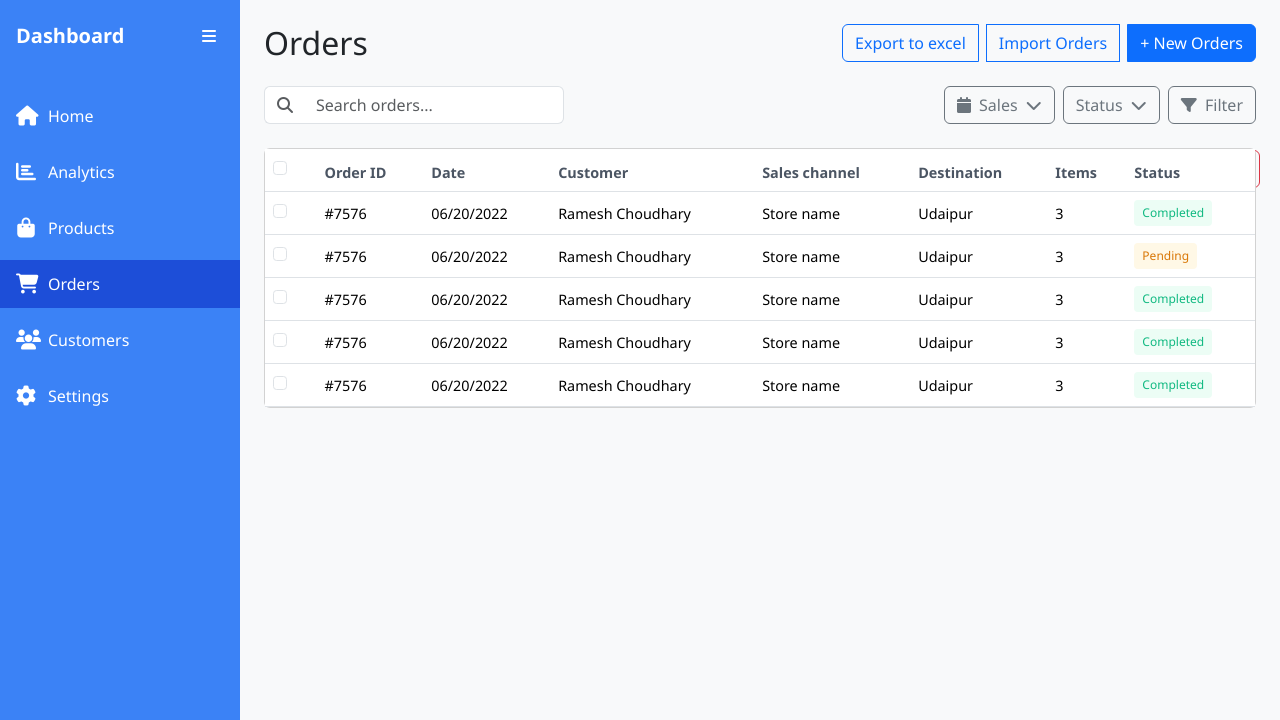
Repository: AditiAjitSalvi/Inventory_Managment
Page: Inventory_Managment_System/Inventory/src/main/webapp/Order.html
An editor plug-in stored every save of this project. The page is shown before and after the next save, followed by the edit.
The browser window is 1280 px wide. The pictures show the whole page.
The pointer rests on the first visible `.card`.

Above is the page before, as saved 2025-05-22 16:00:20.
Console error: TypeError: Cannot read properties of null (reading 'getContext')

### Inventory_Managment_System/Inventory/src/main/webapp/Order.html

<!DOCTYPE html>
<html lang="en">
<head>
<meta charset="UTF-8">
<meta name="viewport" content="width=device-width, initial-scale=1.0">
<title>Orders</title>
<!-- Bootstrap CSS -->
<link
	href="https://cdn.jsdelivr.net/npm/bootstrap@5.3.2/dist/css/bootstrap.min.css"
	rel="stylesheet">
<!-- Font Awesome for icons -->
<link rel="stylesheet"
	href="https://cdnjs.cloudflare.com/ajax/libs/font-awesome/6.4.2/css/all.min.css">
<!-- Custom CSS -->
<style>
/* Main Layout */
body {
	margin: 0;
	padding: 0;
	background-color: #f8f9fa;
	font-family: 'Segoe UI', Tahoma, Geneva, Verdana, sans-serif;
}

.dashboard-container {
	display: flex;
	min-height: 100vh;
}

/* Sidebar Styles */
.sidebar {
	width: 240px;
	background-color: #3b82f6; /* Blue 600 equivalent */
	color: white;
	transition: all 0.3s ease-in-out;
	display: flex;
	flex-direction: column;
}

.sidebar.collapsed {
	width: 64px;
}

.sidebar-header {
	display: flex;
	justify-content: space-between;
	align-items: center;
	padding: 16px;
}

.sidebar-title {
	font-size: 1.25rem;
	font-weight: bold;
	margin: 0;
}

.sidebar-toggle {
	background: transparent;
	border: none;
	color: white;
	cursor: pointer;
	padding: 8px;
}

.sidebar-toggle:hover {
	background-color: rgba(255, 255, 255, 0.1);
	border-radius: 4px;
}

.sidebar-menu {
	display: flex;
	flex-direction: column;
	padding-top: 16px;
}

.sidebar-link {
	display: flex;
	align-items: center;
	padding: 12px 16px;
	text-decoration: none;
	color: white;
	margin: 4px 0;
	transition: background-color 0.2s;
}

.sidebar-link:hover {
	background-color: #2563eb; /* Blue 700 equivalent */
	color: white;
}

.sidebar-link.active {
	background-color: #1d4ed8; /* Blue 800 equivalent */
	color: white;
}

.sidebar-link i {
	font-size: 1.25rem;
	width: 20px;
	text-align: center;
}

.sidebar-link .link-text {
	margin-left: 12px;
	white-space: nowrap;
}

.sidebar.collapsed .sidebar-title, .sidebar.collapsed .link-text {
	display: none;
}

/* Main Content */
.main-content {
	flex: 1;
	padding: 24px;
	overflow-y: auto;
}

/* Stat Cards */
.stat-card {
	border-radius: 8px;
	border: 1px solid rgba(0, 0, 0, 0.125);
	box-shadow: 0 1px 3px rgba(0, 0, 0, 0.1);
}

.stat-icon {
	font-size: 1.25rem;
	color: #6b7280; /* Text muted equivalent */
}

.stat-title {
	font-size: 0.875rem;
	color: #6b7280; /* Text muted equivalent */
	margin-bottom: 4px;
}

.stat-value {
	font-size: 1.5rem;
	font-weight: bold;
	margin: 0;
}

/* Chart Container */
.chart-container {
	height: 320px;
	width: 100%;
}

/* Product Visualization */
.product-visualization {
	height: 256px;
	background-color: #312e81; /* Indigo 950 equivalent */
	border-radius: 50%;
}

/* Status Badges */
.status {
	padding: 4px 8px;
	border-radius: 4px;
	font-size: 0.75rem;
	font-weight: 500;
	display: inline-block;
	text-align: center;
}

.status.pending {
	background-color: #fff8e6;
	color: #d97706; /* Amber 500 equivalent */
}

.status.urgent {
	background-color: #fef2f2;
	color: #ef4444; /* Red 500 equivalent */
}

.status.completed {
	background-color: #ecfdf5;
	color: #10b981; /* Green 500 equivalent */
}

/* Orders Page Styles */
.orders-container {
	max-width: 100%;
	margin: 0 auto;
}

.search-wrapper {
	width: 300px;
}

.order-table {
	font-size: 0.9rem;
}

.order-table th {
	font-weight: 600;
	color: #4b5563;
	border-bottom-width: 1px;
}

.order-table td {
	vertical-align: middle;
}

.order-table .form-check {
	margin: 2;
}

/* Responsive Adjustments */
@media ( max-width : 768px) {
	.sidebar {
		width: 64px;
	}
	.sidebar .sidebar-title, .sidebar .link-text {
		display: none;
	}
	.main-content {
		padding: 16px;
	}
	.orders-container .btn-group {
		display: flex;
		flex-direction: column;
	}
	.orders-container .btn-group .btn {
		margin-bottom: 8px;
		margin-right: 0 !important;
	}
	.search-wrapper {
		width: 100%;
		margin-bottom: 16px;
	}
}
.action-buttons {
    position: absolute;
    right: 20px;
    top: 150px; /* Adjust this if needed */
    display: flex;
    gap: 10px;
}
@media ( max-width : 992px) {
	.orders-container .d-flex {
		flex-direction: column;
	}
	.orders-container .d-flex .btn {
		margin-bottom: 8px;
	}
}
</style>
</head>
<body>
	<div class="dashboard-container">
		<!-- Sidebar -->
		<div class="sidebar" id="sidebar">
			<div class="sidebar-header">
				<h2 class="sidebar-title">Dashboard</h2>
				<button class="btn sidebar-toggle" id="sidebarToggle">
					<i class="fa fa-bars"></i>
				</button>
			</div>
			<div class="sidebar-menu">
				<a href="index.html" class="sidebar-link"> <i class="fa fa-home"></i>
					<span class="link-text">Home</span>
				</a> <a href="#" class="sidebar-link"> <i class="fa fa-chart-bar"></i>
					<span class="link-text">Analytics</span>
				</a> <a href="#" class="sidebar-link"> <i class="fa fa-shopping-bag"></i>
					<span class="link-text">Products</span>
				</a> <a href="orders.html" class="sidebar-link active"> <i
					class="fa fa-shopping-cart"></i> <span class="link-text">Orders</span>
				</a> <a href="#" class="sidebar-link"> <i class="fa fa-users"></i> <span
					class="link-text">Customers</span>
				</a> <a href="#" class="sidebar-link"> <i class="fa fa-cog"></i> <span
					class="link-text">Settings</span>
				</a>
			</div>
		</div>

		<!-- Main Content -->
		<div class="main-content">
			<div class="orders-container">
				<div class="d-flex justify-content-between align-items-center mb-4">
					<h2 class="m-0">Orders</h2>
					<div class="btn-group">
						<button class="btn btn-outline-primary me-2">Export to
							excel</button>
						<button class="btn btn-outline-primary me-2">Import
							Orders</button>
						<button class="btn btn-primary">+ New Orders</button>
					</div>
				</div>

				<div class="d-flex justify-content-between align-items-center mb-4">
					<div class="search-wrapper">
						<div class="input-group">
							<span class="input-group-text bg-white border-end-0"> <i
								class="fa fa-search text-muted"></i>
							</span> <input type="text" class="form-control border-start-0"
								placeholder="Search orders...">
						</div>
					</div>
					<div class="d-flex">
						<button class="btn btn-outline-secondary me-2">
							<i class="fa fa-calendar me-1"></i> <span>Sales</span> <i
								class="fa fa-chevron-down ms-1"></i>
						</button>
						<button class="btn btn-outline-secondary me-2">
							<span>Status</span> <i class="fa fa-chevron-down ms-1"></i>
						</button>
						<button class="btn btn-outline-secondary">
							<i class="fa fa-filter me-1"></i> <span>Filter</span>
						</button>
					</div>
				</div>
				<div class="action-buttons">
					<button class="btn btn-outline-primary me-2">
						<i class="fa fa-edit me-1"></i> <span>Update</span>
					</button>
					<button class="btn btn-outline-danger">
						<i class="fa fa-trash me-1"></i> <span>Delete</span>
					</button>
				</div>


				<div class="card">
					<div class="card-body p-0">
						<div class="table-responsive">
							<table class="table order-table mb-0">
								<thead>
									<tr>
										<th>
											<div class="form-check">
												<input class="form-check-input" type="checkbox"
													id="selectAll"> <label class="form-check-label"
													for="selectAll"></label>
											</div>
										</th>
										<th>Order ID</th>
										<th>Date</th>
										<th>Customer</th>
										<th>Sales channel</th>
										<th>Destination</th>
										<th>Items</th>
										<th>Status</th>
									</tr>
								</thead>
								<tbody>
									<tr>
										<td>
											<div class="form-check">
												<input class="form-check-input" type="checkbox"> <label
													class="form-check-label"></label>
											</div>
										</td>
										<td>#7576</td>
										<td>06/20/2022</td>
										<td>Ramesh Choudhary</td>
										<td>Store name</td>
										<td>Udaipur</td>
										<td>3</td>
										<td><span class="status completed">Completed</span></td>
									</tr>
									<tr>
										<td>
											<div class="form-check">
												<input class="form-check-input" type="checkbox"> <label
													class="form-check-label"></label>
											</div>
										</td>
										<td>#7576</td>
										<td>06/20/2022</td>
										<td>Ramesh Choudhary</td>
										<td>Store name</td>
										<td>Udaipur</td>
										<td>3</td>
										<td><span class="status pending">Pending</span></td>
									</tr>
									<tr>
										<td>
											<div class="form-check">
												<input class="form-check-input" type="checkbox"> <label
													class="form-check-label"></label>
											</div>
										</td>
										<td>#7576</td>
										<td>06/20/2022</td>
										<td>Ramesh Choudhary</td>
										<td>Store name</td>
										<td>Udaipur</td>
										<td>3</td>
										<td><span class="status completed">Completed</span></td>
									</tr>
									<tr>
										<td>
											<div class="form-check">
												<input class="form-check-input" type="checkbox"> <label
													class="form-check-label"></label>
											</div>
										</td>
										<td>#7576</td>
										<td>06/20/2022</td>
										<td>Ramesh Choudhary</td>
										<td>Store name</td>
										<td>Udaipur</td>
										<td>3</td>
										<td><span class="status completed">Completed</span></td>
									</tr>
									<tr>
										<td>
											<div class="form-check">
												<input class="form-check-input" type="checkbox"> <label
													class="form-check-label"></label>
											</div>
										</td>
										<td>#7576</td>
										<td>06/20/2022</td>
										<td>Ramesh Choudhary</td>
										<td>Store name</td>
										<td>Udaipur</td>
										<td>3</td>
										<td><span class="status completed">Completed</span></td>
									</tr>
								</tbody>
							</table>
						</div>
					</div>
				</div>
			</div>
		</div>
	</div>

	<!-- Bootstrap Bundle with Popper -->
	<script
		src="https://cdn.jsdelivr.net/npm/bootstrap@5.3.2/dist/js/bootstrap.bundle.min.js"></script>
	<!-- Custom JS -->

	<script>
 // Wait for the DOM to be fully loaded
    document.addEventListener('DOMContentLoaded', function() {
        // Sidebar toggle functionality
        const sidebarToggle = document.getElementById('sidebarToggle');
        const sidebar = document.getElementById('sidebar');

        sidebarToggle.addEventListener('click', function() {
            sidebar.classList.toggle('collapsed');
        });

        // Check if we're on mobile
        function checkMobile() {
            if (window.innerWidth < 768) {
                sidebar.classList.add('collapsed');
            } else {
                sidebar.classList.remove('collapsed');
            }
        }

        // Initial check
        checkMobile();

        // Listen for window resize
        window.addEventListener('resize', checkMobile);

        // Initialize Sales Chart
        const salesChartCtx = document.getElementById('salesChart').getContext('2d');
        const salesChart = new Chart(salesChartCtx, {
            type: 'bar',
            data: {
                labels: ['Jan', 'Feb', 'Mar', 'Apr'],
                datasets: [
                    {
                        label: 'Previous',
                        data: [65, 75, 85, 90],
                        backgroundColor: '#FFD700', // Gold color
                    },
                    {
                        label: 'Current',
                        data: [80, 65, 70, 75],
                        backgroundColor: '#6366F1', // Indigo color
                    }
                ]
            },
            options: {
                responsive: true,
                maintainAspectRatio: false,
                scales: {
                    y: {
                        beginAtZero: true,
                        grid: {
                            drawBorder: false,
                            color: 'rgba(200, 200, 200, 0.2)',
                        }
                    },
                    x: {
                        grid: {
                            display: false
                        }
                    }
                },
                plugins: {
                    legend: {
                        position: 'top',
                    }
                }
            }
        });
    });
    document.addEventListener('DOMContentLoaded', function() {
        // Select all checkbox functionality
        const selectAllCheckbox = document.getElementById('selectAll');
        if (selectAllCheckbox) {
            selectAllCheckbox.addEventListener('change', function() {
                const checkboxes = document.querySelectorAll('table .form-check-input');
                checkboxes.forEach(checkbox => {
                    checkbox.checked = selectAllCheckbox.checked;
                });
            });
        }

        // Individual checkbox change handler
        const checkboxes = document.querySelectorAll('table .form-check-input:not(#selectAll)');
        checkboxes.forEach(checkbox => {
            checkbox.addEventListener('change', function() {
                const allChecked = Array.from(checkboxes).every(cb => cb.checked);
                const someChecked = Array.from(checkboxes).some(cb => cb.checked);

                if (selectAllCheckbox) {
                    selectAllCheckbox.checked = allChecked;
                    selectAllCheckbox.indeterminate = someChecked && !allChecked;
                }
            });
        });

        // Search functionality
        const searchInput = document.querySelector('.search-wrapper input');
        if (searchInput) {
            searchInput.addEventListener('input', function() {
                const searchText = searchInput.value.toLowerCase();
                const rows = document.querySelectorAll('tbody tr');

                rows.forEach(row => {
                    const text = row.textContent.toLowerCase();
                    if (text.includes(searchText)) {
                        row.style.display = '';
                    } else {
                        row.style.display = 'none';
                    }
                });
            });
        }
    });
    </script>
</body>
</html>

After the next save:
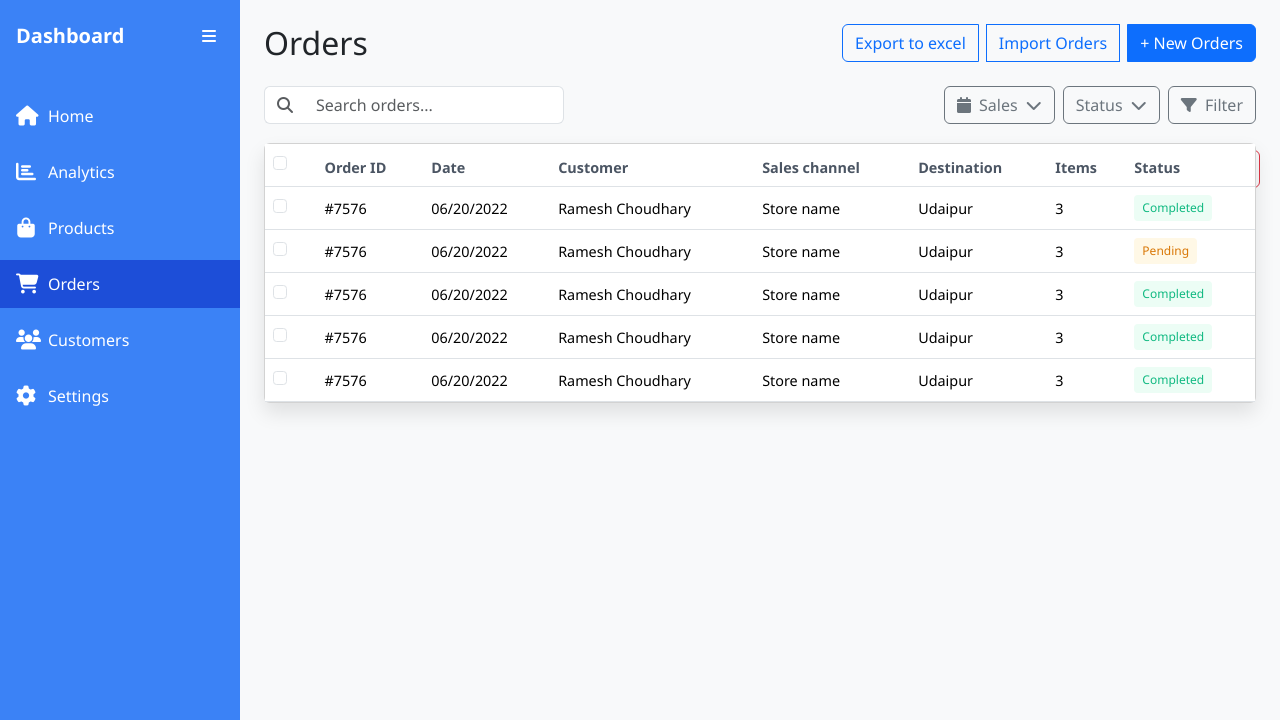
Saved 116 s later.
--- a/Inventory_Managment_System/Inventory/src/main/webapp/Order.html
+++ b/Inventory_Managment_System/Inventory/src/main/webapp/Order.html
@@ -244,6 +244,12 @@
 		margin-bottom: 8px;
 	}
 }
+.card:hover {
+  transform: translateY(-5px);
+  box-shadow: 0 10px 20px rgba(0, 0, 0, 0.1);
+  transition: 0.3s ease;
+}
+
 </style>
 </head>
 <body>
